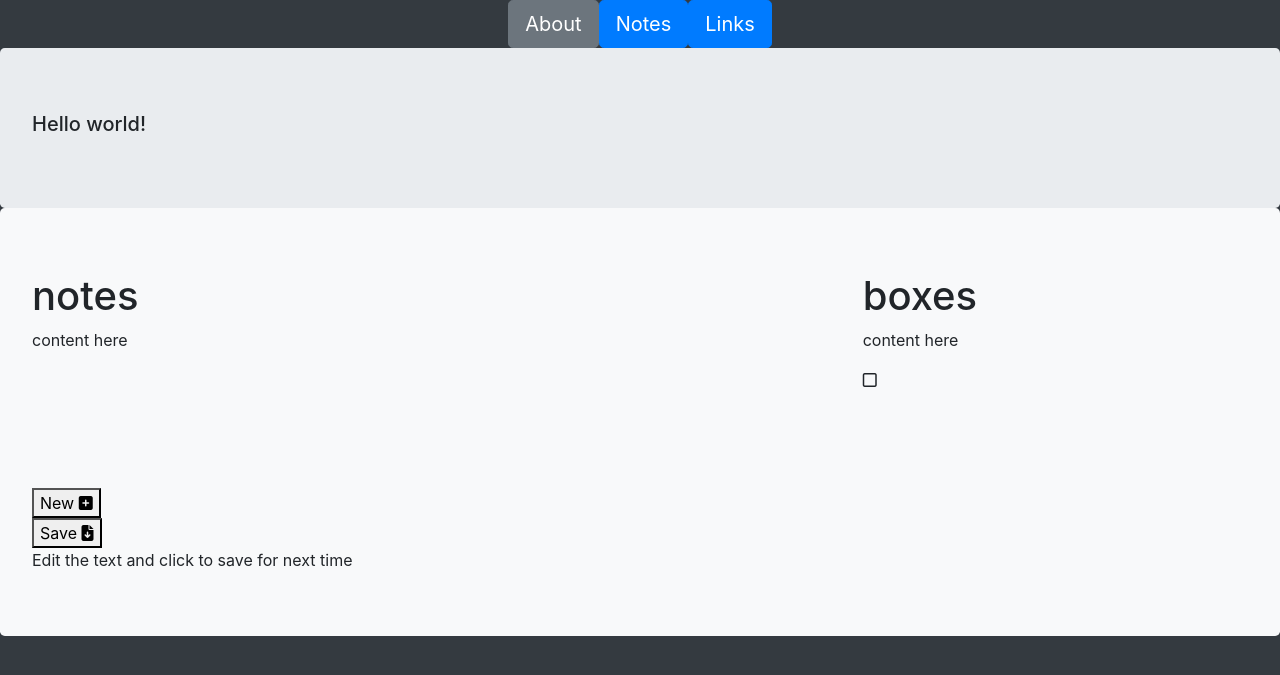
Repository: Kamicoda/Noteblock
Page: index.html
The author's editor kept a record of every edit. The page is drawn from the files as they stood at one moment, then again after the next edit.
The browser window is 1280 px wide. The pictures show the whole page.
Some web libraries are served in a nearby version.

Above is the page before.
Console error: ReferenceError: checkEdits is not defined

After the next edit:
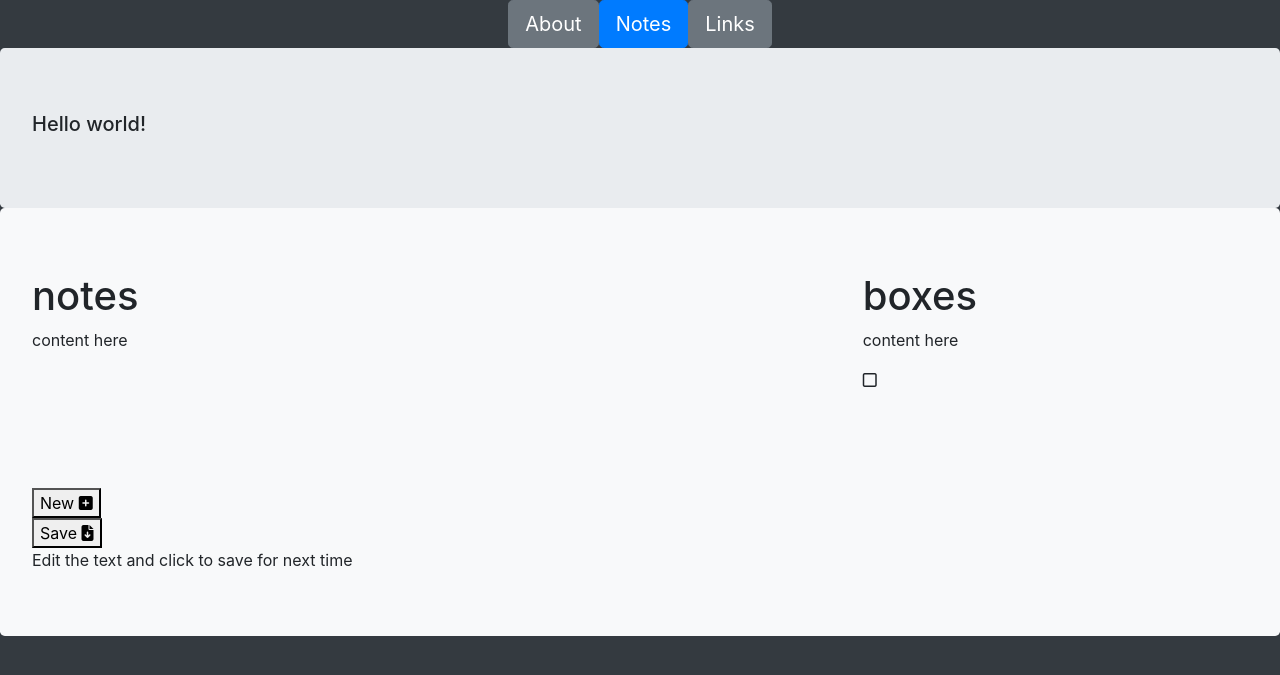
The edit:
--- a/index.html
+++ b/index.html
@@ -39,7 +39,7 @@
                 <button id="notesNav" type="button" class="btn btn-primary btn-lg">Notes</button>
             </li>
             <li class="nav-item">
-                <button id="linksNav" type="button" class="btn btn-primary btn-lg">Links</button>
+                <button id="linksNav" type="button" class="btn btn-secondary btn-lg">Links</button>
             </li>
         </ul>
     </div>
